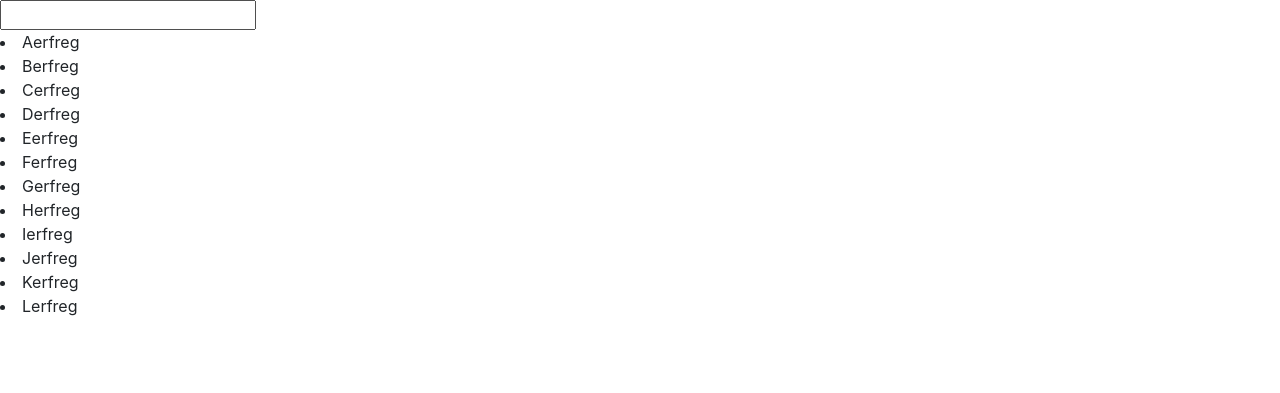
Repository: striver-69/courses
Page: /
These files come from the project's save history. The page is drawn as it stood at one moment and after the next save; the edit follows.
The browser window is 1280 px wide. The pictures show the whole page.
The project was rebuilt for these pictures with package versions that can differ from the ones it lists, and the page was loaded fresh each time.

Above is the page before, as saved 2021-04-08 05:44:16.

After the next save:
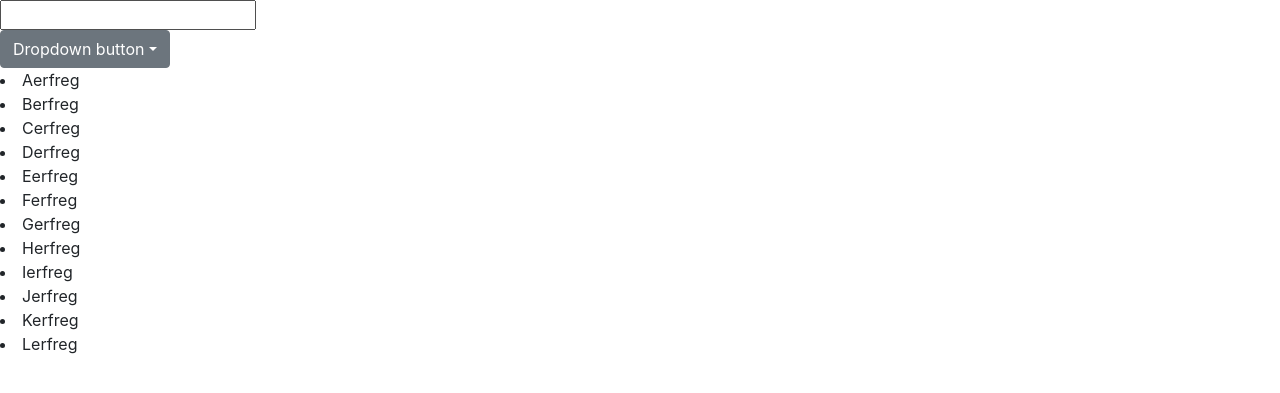
Saved 5 min 29 s later.
--- a/src/Dropdown.js
+++ b/src/Dropdown.js
@@ -20,10 +20,20 @@ export class Dropdown extends Component {
     let filteredCourses=this.state.courses.filter((course)=>{
       return course.name.toLowerCase().indexOf(this.state.search.toLowerCase()) !==-1
     })
-    console.log(filteredCourses)
     return (
       <div>
         <input type="text" value={this.state.search} onChange={(e)=>this.setState({search:e.target.value})}/>
+        <div class="dropdown">
+        <button class="btn btn-secondary dropdown-toggle" type="button" id="dropdownMenuButton" data-toggle="dropdown" aria-haspopup="true" aria-expanded="false">
+    Dropdown button
+        </button>
+        <div class="dropdown-menu" aria-labelledby="dropdownMenuButton">
+        <a class="dropdown-item" href="#">Action</a>
+        <a class="dropdown-item" href="#">Another action</a>
+        <a class="dropdown-item" href="#">Something else here</a>
+        </div>
+        </div>
+
         {
           filteredCourses.map((course)=>{
             return <li key={course.id}>{course.name}</li>
